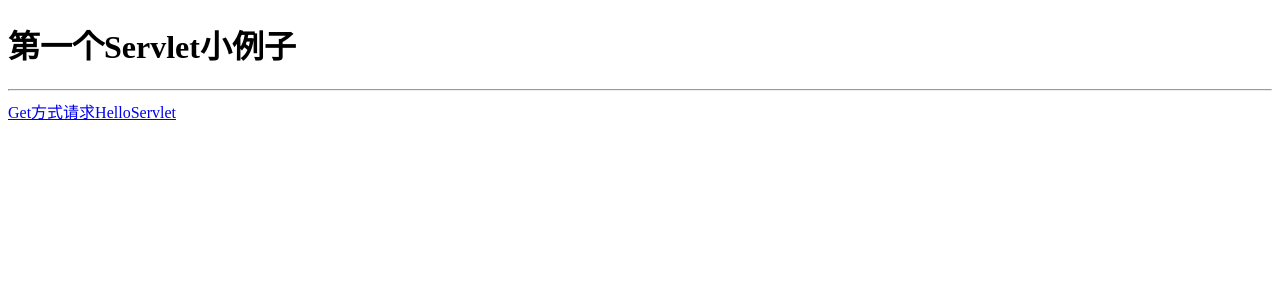
Repository: winxblast/myJavaLearn
Page: http://localhost/MyFirstServletDemo/
The author's editor kept a copy of each file at every save. The page is drawn from the files as they stood at one save, then again after the next save.
The browser window is 1280 px wide. The pictures show the whole page.
The page is served by Tomcat 9.

Above is the page before, as saved 2017-06-04 13:38:11.

After the next save:
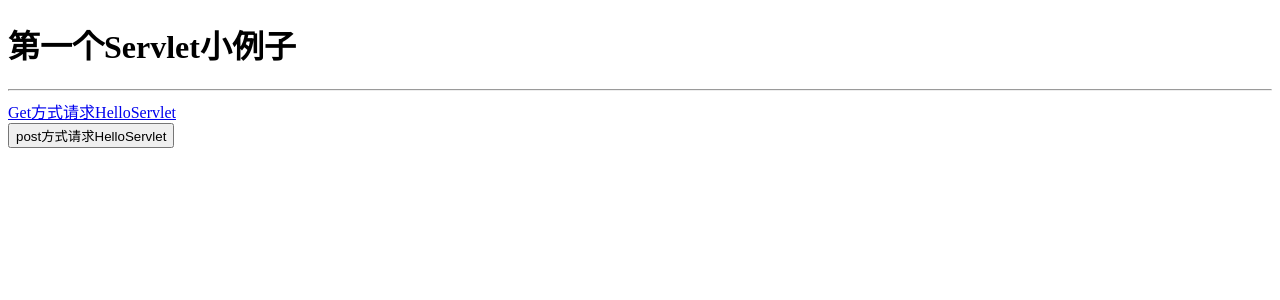
Saved 8 min 28 s later.
--- a/JavaEE/MyFirstServletDemo/WebContent/index.jsp
+++ b/JavaEE/MyFirstServletDemo/WebContent/index.jsp
@@ -10,5 +10,9 @@
 	<h1>第一个Servlet小例子</h1>
 	<hr>
 	<a href="servlet/HelloServlet">Get方式请求HelloServlet</a>
+
+	<form action="servlet/HelloServlet" method="post">
+		<input type="submit" value="post方式请求HelloServlet">
+	</form>
 </body>
 </html>
